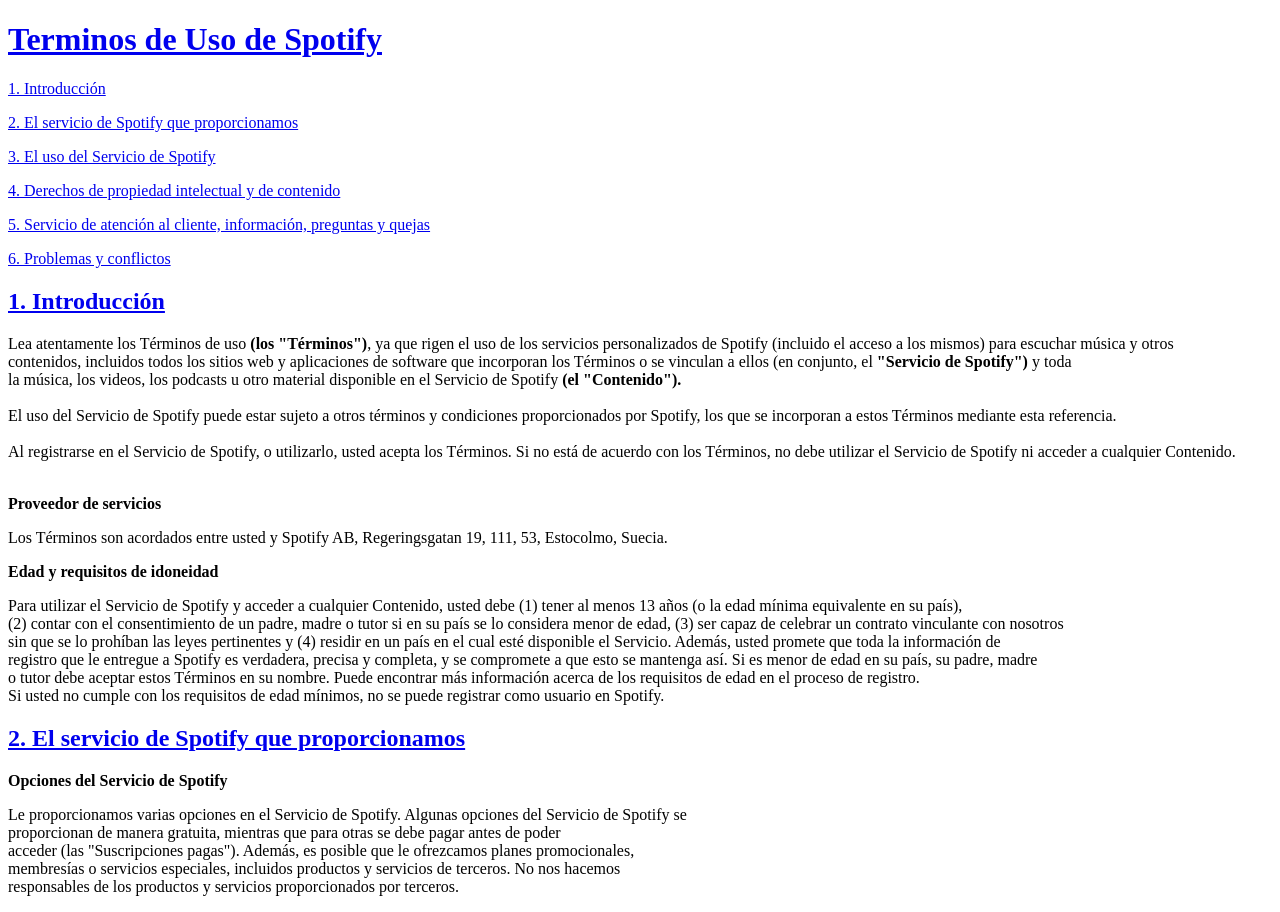
Repository: Devbenitez/Gen_30
Page: Gen_30/maquetado/index.html
An editor plug-in stored every save of this project. The page is shown before and after the next save, followed by the edit.
The browser window is 1280 px wide. The pictures show the whole page.

Above is the page before, as saved 2023-10-31 05:29:30.

### Gen_30/maquetado/index.html
<!DOCTYPE html>
<!-- especificamos el lenguage con el que trabaja nuestra pagina -->
<html lang="es">
  <head>
    <meta charset="UTF-8" />
    <meta name="description" content="Primera pagina del modulo de Maquetado" />
    <meta name="author" content="Daniel Benitez" />
    <title>Maquetado - clase 1</title>
  </head>
  <body>
    <!-- etiquetas contededores -->
    <!-- <div>asdasdasd</div>
    <section>dasdasdasd</section>
    <article>asdasd</article>
    <main>
-->
    <main>
      <!--  etiquetas de texto -->
      <h1>
        <a id= "Terminos de Uso de Spotify" href="#Terminos de Uso de Spotify"> Terminos de Uso de Spotify</a>
    </h1>

      <p>
        <a href="#1. Introducción">1. Introducción</a>
        </p>
      <p>
        <a href="#2. El servicio de Spotify que proporcionamos">2. El servicio de Spotify que proporcionamos</a>
        </p>
      <p>
        <a href="#3. El uso del Servicio de Spotify">3. El uso del Servicio de Spotify</a>
        </p>
      <p>
        <a href="#4. Derechos de propiedad intelectual y de contenido">4. Derechos de propiedad intelectual y de contenido</a>
        </p>
      <p>
        <a href="#5. Servicio de atención al cliente, información, preguntas y quejas">5. Servicio de atención al cliente, información, preguntas y quejas</a>
        </p>
      <p>
        <a href="#6. Problemas y conflictos">6. Problemas y conflictos</a>
        </p>

        <h2>
            <a id= "1. Introducción" href="#1. Introducción">1. Introducción</a>
        </h2>

        <!-- parrafos -->
      <p>
        Lea atentamente los Términos de uso <b>(los "Términos")</b>, ya que rigen el uso de los servicios personalizados de Spotify (incluido el acceso a los mismos) para escuchar música y otros <br />
         contenidos, incluidos todos los sitios web y aplicaciones de software que incorporan los Términos o se vinculan a ellos (en conjunto, el <b>"Servicio de Spotify")</b> y toda <br />
          la música, los videos, los podcasts u otro material disponible en el Servicio de Spotify <b>(el "Contenido").</b><br /><br />
          El uso del Servicio de Spotify puede estar sujeto a otros términos y condiciones proporcionados por Spotify, los que se incorporan a estos Términos mediante esta referencia.
          <br /><br />
          Al registrarse en el Servicio de Spotify, o utilizarlo, usted acepta los Términos. Si no está de acuerdo con los Términos, no debe utilizar el Servicio de Spotify ni acceder a cualquier Contenido.
          <br /><br />
      </p>
      <p><b>Proveedor de servicios</b></p>
      <p>Los Términos son acordados entre usted y Spotify AB, Regeringsgatan 19, 111, 53, Estocolmo, Suecia.</p>
      <p><b>Edad y requisitos de idoneidad</b></p>
      <p>
        Para utilizar el Servicio de Spotify y acceder a cualquier Contenido, usted debe (1) tener al menos 13 años (o la edad mínima equivalente en su país),<br />
        (2) contar con el consentimiento de un padre, madre o tutor si en su país se lo considera menor de edad, (3) ser capaz de celebrar un contrato vinculante con nosotros<br />
        sin que se lo prohíban las leyes pertinentes y (4) residir en un país en el cual esté disponible el Servicio. Además, usted promete que toda la información de<br />
        registro que le entregue a Spotify es verdadera, precisa y completa, y se compromete a que esto se mantenga así. Si es menor de edad en su país, su padre, madre<br />
        o tutor debe aceptar estos Términos en su nombre. Puede encontrar más información acerca de los requisitos de edad en el proceso de registro.<br />
        Si usted no cumple con los requisitos de edad mínimos, no se puede registrar como usuario en Spotify.
      </p>
      <h2>
        <a id= "2. El servicio de Spotify que proporcionamos" href="#2. El servicio de Spotify que proporcionamos">2. El servicio de Spotify que proporcionamos</a>
    </h2>
    <p><b>Opciones del Servicio de Spotify</b></p>
    <p>Le proporcionamos varias opciones en el Servicio de Spotify. Algunas opciones del Servicio de Spotify se <br />
        proporcionan de manera gratuita, mientras que para otras se debe pagar antes de poder<br />
        acceder (las "Suscripciones pagas"). Además, es posible que le ofrezcamos planes promocionales,<br />
        membresías o servicios especiales, incluidos productos y servicios de terceros. No nos hacemos<br />
        responsables de los productos y servicios proporcionados por terceros.</p>


        </main>
  </body>
</html>

After the next save:
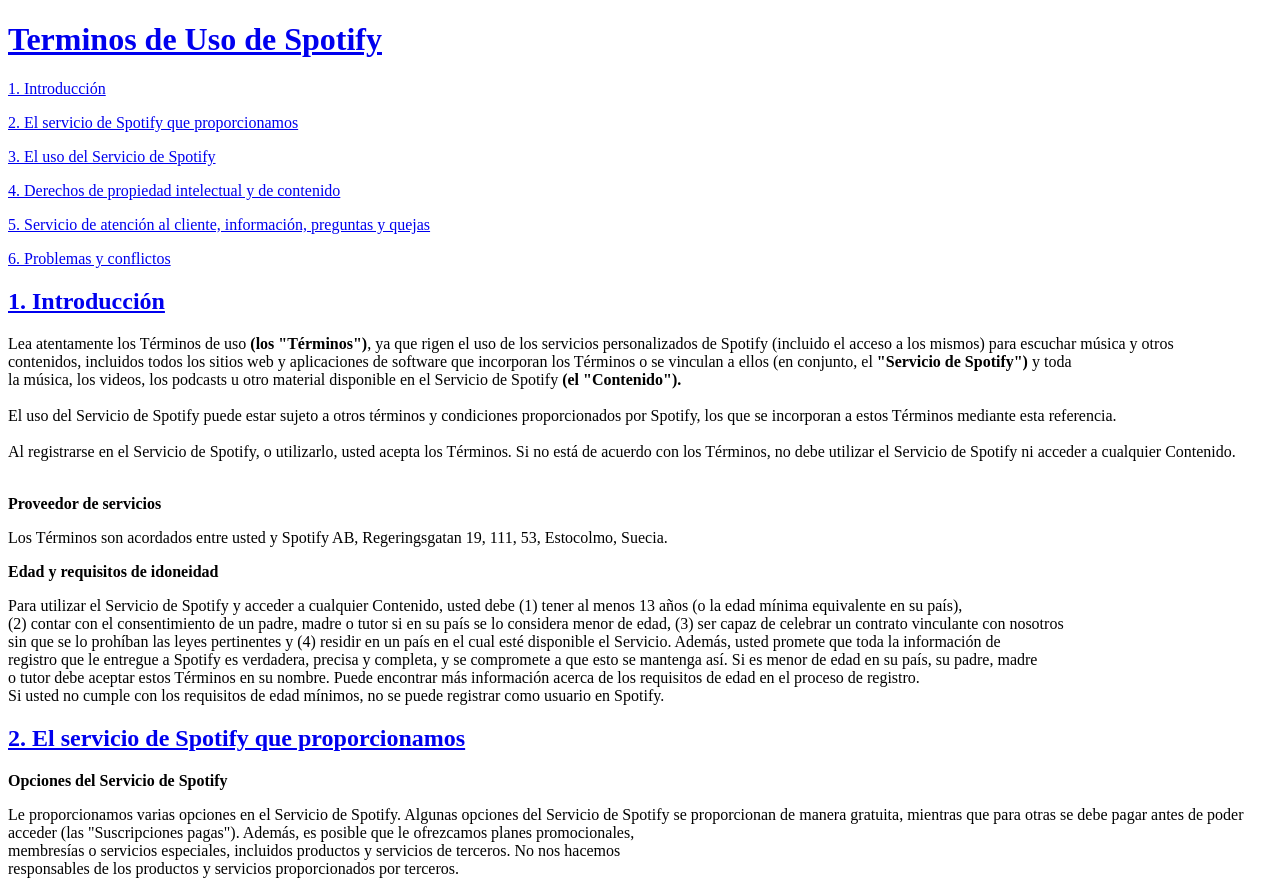
Saved 38 s later.
--- a/Gen_30/maquetado/index.html
+++ b/Gen_30/maquetado/index.html
@@ -68,8 +68,7 @@
         <a id= "2. El servicio de Spotify que proporcionamos" href="#2. El servicio de Spotify que proporcionamos">2. El servicio de Spotify que proporcionamos</a>
     </h2>
     <p><b>Opciones del Servicio de Spotify</b></p>
-    <p>Le proporcionamos varias opciones en el Servicio de Spotify. Algunas opciones del Servicio de Spotify se <br />
-        proporcionan de manera gratuita, mientras que para otras se debe pagar antes de poder<br />
+    <p>Le proporcionamos varias opciones en el Servicio de Spotify. Algunas opciones del Servicio de Spotify se proporcionan de manera gratuita, mientras que para otras se debe pagar antes de poder<br />
         acceder (las "Suscripciones pagas"). Además, es posible que le ofrezcamos planes promocionales,<br />
         membresías o servicios especiales, incluidos productos y servicios de terceros. No nos hacemos<br />
         responsables de los productos y servicios proporcionados por terceros.</p>
